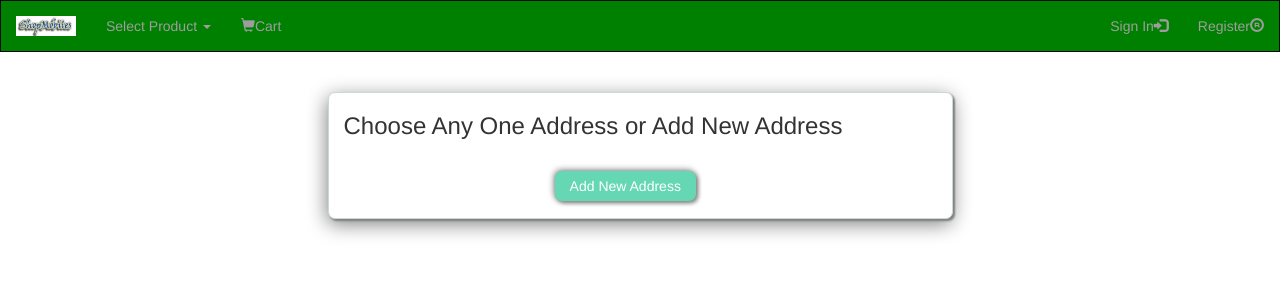
Repository: KoustabhBiswas/Final-Ecommerce-Project
Page: http://localhost/ecommerce1/WEB-INF/views/address.jsp
These files come from the project's save history. The page is drawn as it stood at one moment and after the next save; the edit follows.
The browser window is 1280 px wide. The pictures show the whole page.
Some web libraries are served in a nearby version. The page is served by Tomcat 9. Nobody is signed in. The template is opened directly, without the code that normally fills it, so the values that code supplies are empty.

Above is the page before, as saved 2017-09-17 12:02:53.

After the next save:
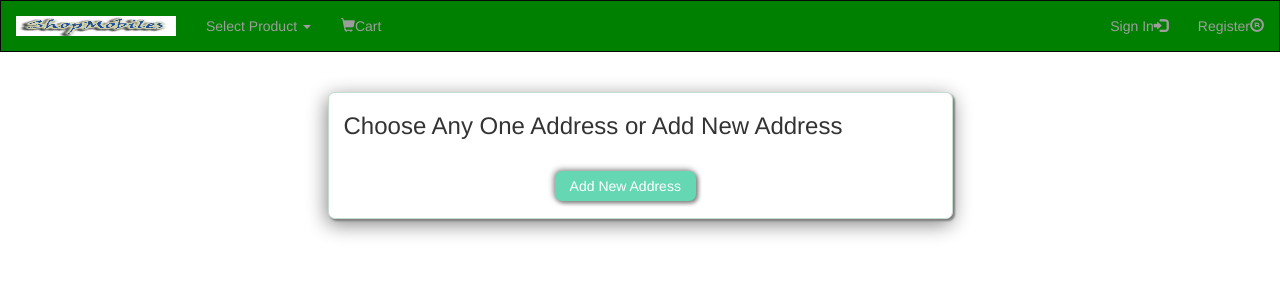
Saved 13 s later.
--- a/Final Ecommerce Project/Ecommerce_Project-master/project/ecommerce1/src/main/webapp/WEB-INF/views/shared/navbar.jsp
+++ b/Final Ecommerce Project/Ecommerce_Project-master/project/ecommerce1/src/main/webapp/WEB-INF/views/shared/navbar.jsp
@@ -16,7 +16,7 @@ nav {
 		<div class="container-fluid">
 			<div class="navbar-header">
 				<a class="navbar-brand" href="home"><img
-					src="<c:url value="/resources/images/shopmobiles4.jpg" />" height=20px width=60px></a>
+					src="<c:url value="/resources/images/shopmobiles4.jpg" />" height=20px width=160px></a>
 			</div>
 			<ul class="nav navbar-nav">
 
